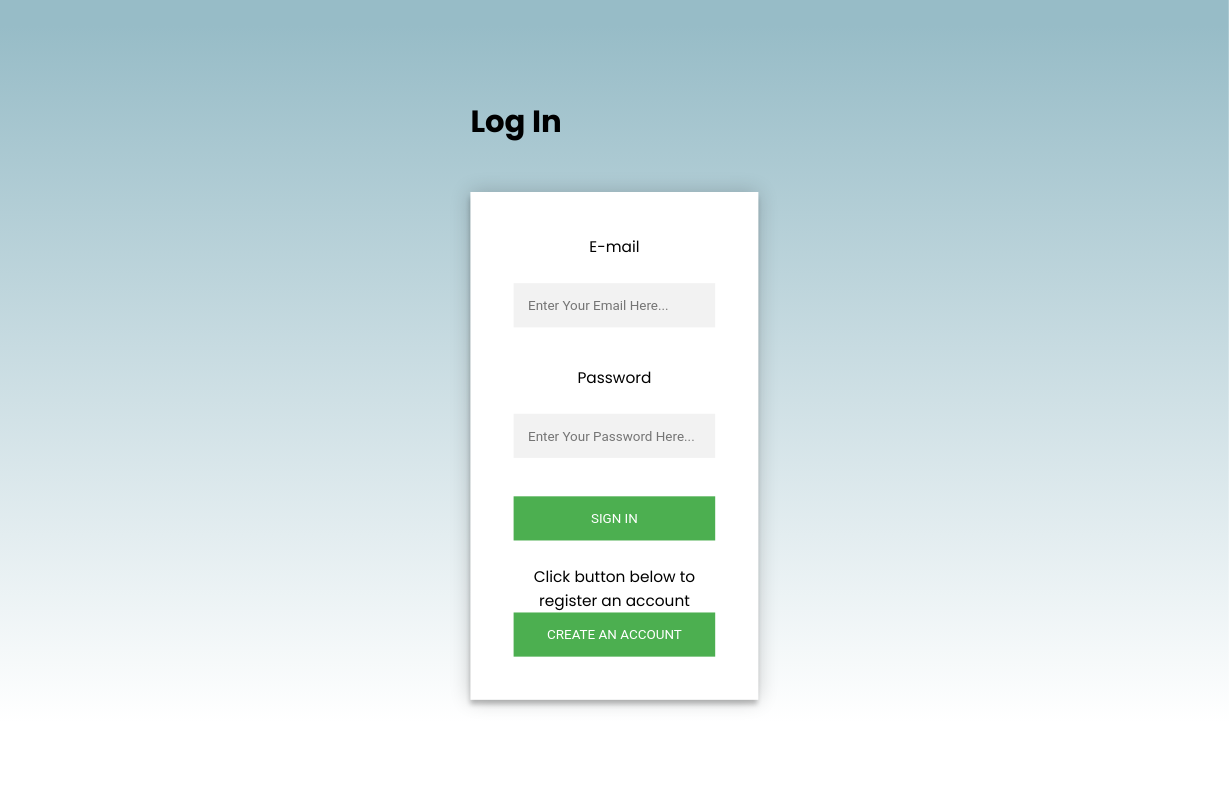
Repository: itadori17/HotelBooking
Page: /
The author's editor kept a copy of each file at every save. The page is drawn from the files as they stood at one save, then again after the next save.
The browser window is 1280 px wide. The pictures show the whole page, at 96% of full size.
Some web libraries are served in a nearby version. The project was rebuilt for these pictures with package versions that can differ from the ones it lists, and the page was loaded fresh each time. Also part of the build but not shown: src/Components/HomeSection/Data.js, src/Components/styles/slide.css, src/Components/HomeSection/Slide.js, src/Components/HomeSection/Hero.js, src/Components/Pages/Home.js, src/Components/Pages/Register.js, src/Components/Pages/About.js.

Above is the page before, as saved 2022-07-12 11:34:21.

After the next save:
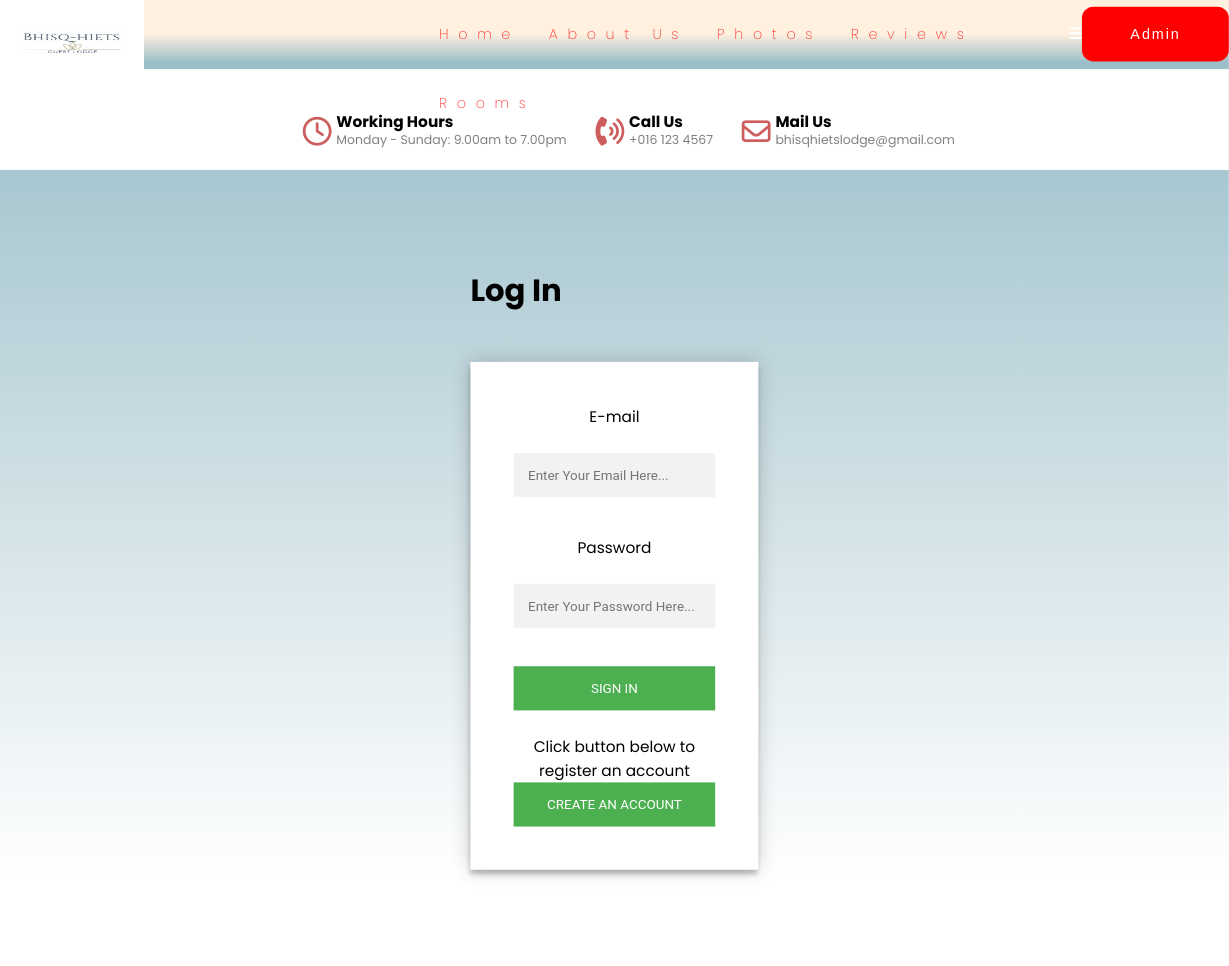
Saved 3 min 26 s later.
--- a/src/App.js
+++ b/src/App.js
@@ -9,12 +9,14 @@ import { BrowserRouter as Router,
   Route
 
   } from "react-router-dom";
+import Navbar from './Components/HomeSection/Navbar';
 
 function App() {
   return (
 
        <div className="app">
       <Router>
+        <Navbar />
         <Routes>
           <Route path='/' element={<Login/>}  />
           <Route path='/home' element={<Home/>}/>
